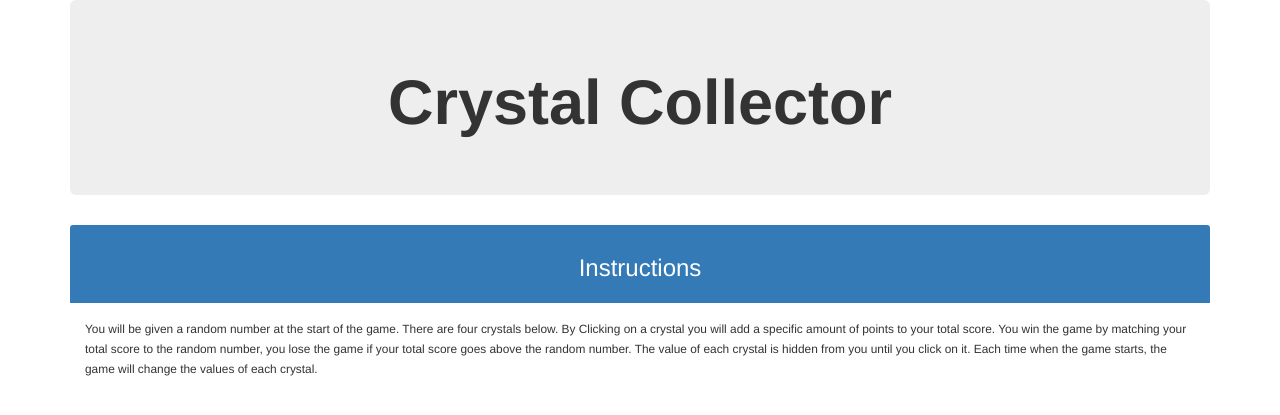
Repository: mikecherry1/week-4-game
Page: index.html
These files come from the project's save history. The page is drawn as it stood at one moment and after the next save; the edit follows.
The browser window is 1280 px wide. The pictures show the whole page.

Above is the page before, as saved 2017-11-19 18:23:10.

After the next save:
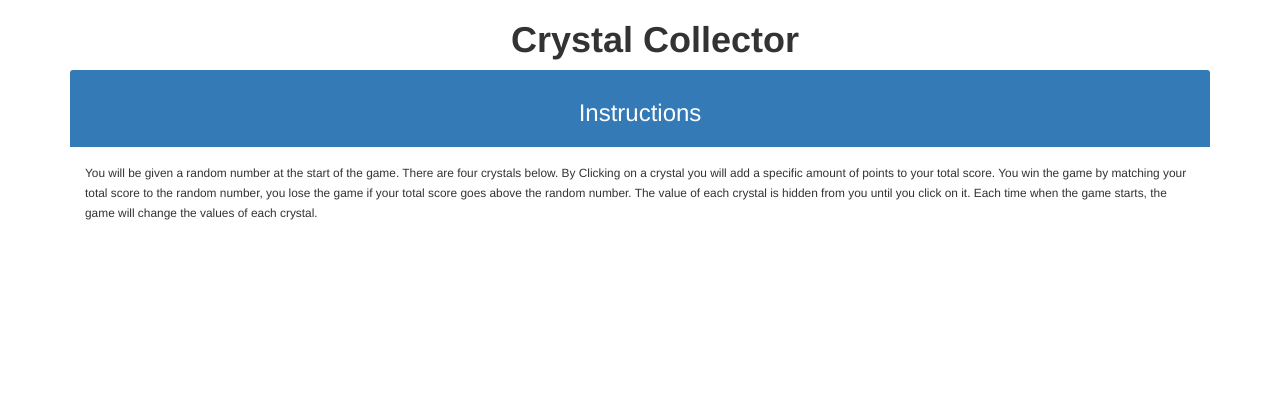
Saved 17 s later.
--- a/index.html
+++ b/index.html
@@ -14,7 +14,7 @@
 
     <div class="container">
 
-        <div class="jumbotron" style "bg-color: purple; color: white;">
+        <div class="jumbotron-success" style "bg-color: purple; color: white;">
         <div class="container">
             <h1 class="text-center"><strong>Crystal Collector</strong></h1>
         </div>

After the save that followed:
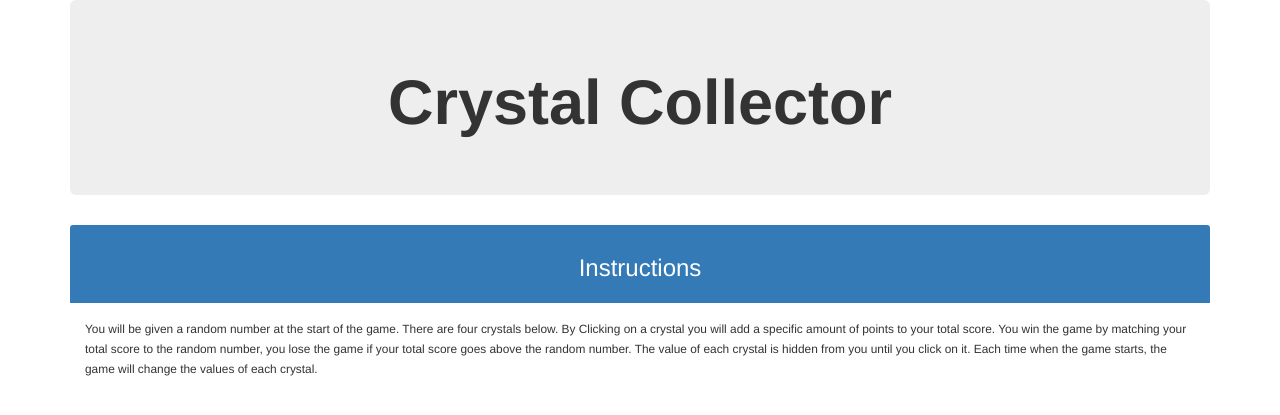
Saved 6 s later.
--- a/index.html
+++ b/index.html
@@ -14,7 +14,7 @@
 
     <div class="container">
 
-        <div class="jumbotron-success" style "bg-color: purple; color: white;">
+        <div class="jumbotron" style "bg-color: purple; color: white;">
         <div class="container">
             <h1 class="text-center"><strong>Crystal Collector</strong></h1>
         </div>
